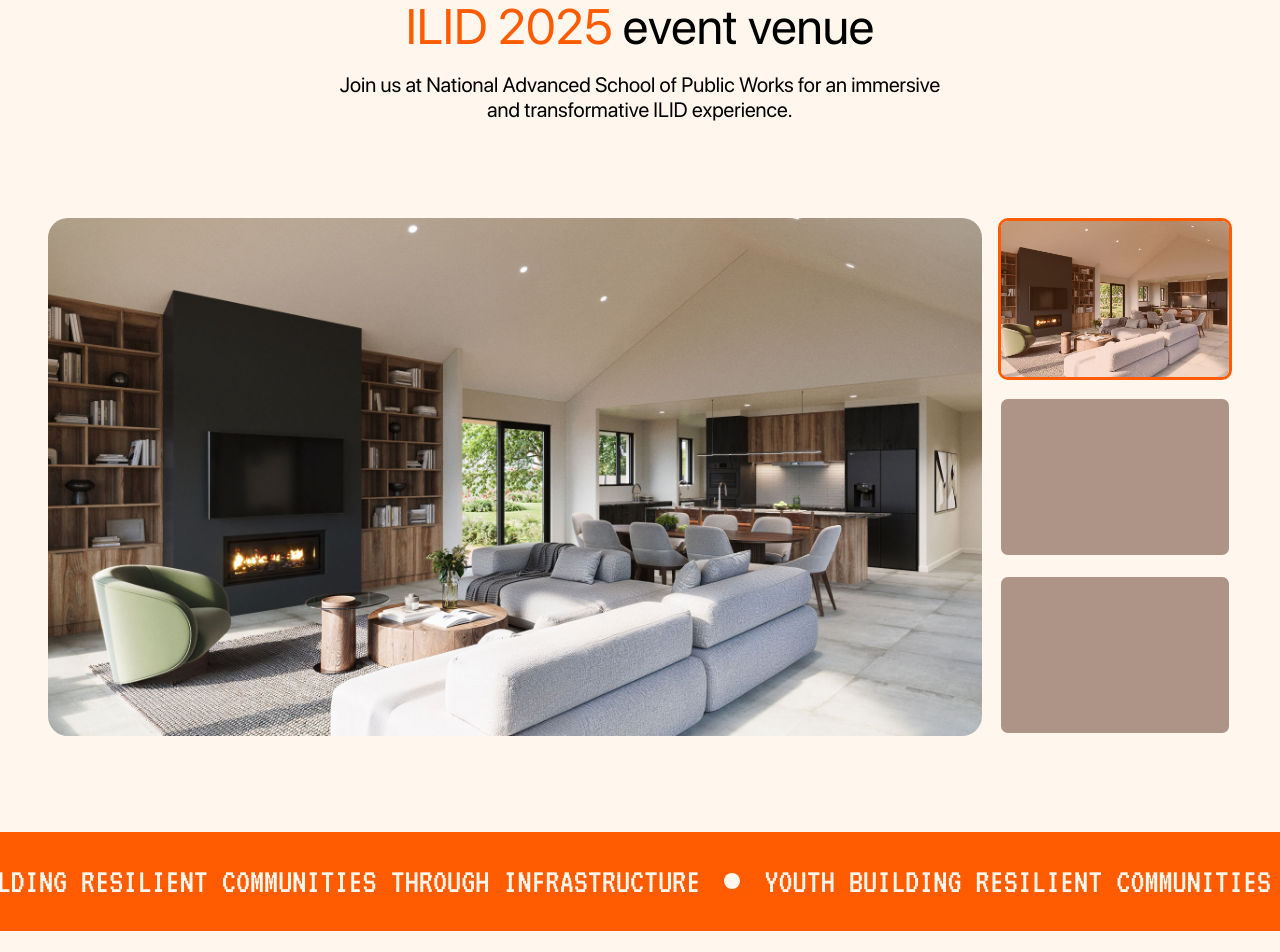
Repository: ilidevent/ilidwebsite
Page: /
These files come from the project's save history. The page is drawn as it stood at one moment and after a run of saves; the edit follows.
The browser window is 1280 px wide. The pictures show the part of the page from y = 4230 to 5182 px (the page is 5209 px tall).
Pictures or frames that could not be fetched are drawn as grey boxes. The project was rebuilt for these pictures with package versions that can differ from the ones it lists, and the page was loaded fresh each time. The framework's server and built-in components were replaced by stand-ins that run in the browser. Also part of the build but not shown: next.config.ts.

Above is the page before, as saved 2025-03-13 21:24:31.

### app/layout.tsx
import type { Metadata } from "next";
import localFont from "next/font/local";
import { Navbar } from "@/components";
import "../styles/globals.scss";

const regular = localFont({
  src: "./fonts/SF-Pro-Display-Regular.ttf",
  variable: "--regular-font"
})

const medium = localFont({
  src: "./fonts/SF-Pro-Display-Medium.ttf",
  variable: "--medium-font"
})

const semibold = localFont({
  src: "./fonts/SF-Pro-Display-Semibold.ttf",
  variable: "--semibold-font"
})

const heavy = localFont({
  src: "./fonts/SF-Pro-Display-Heavy.ttf",
  variable: "--heavy-font"
})

const script = localFont({
  src: "./fonts/VT323-Regular.ttf",
  variable: "--script-font"
})

export const metadata: Metadata = {
  title: "Innovation Lab for Infrastructure Development",
  description: "Generated by create next app",
};

export default function RootLayout({
  children,
}: Readonly<{
  children: React.ReactNode;
}>) {
  return (
    <html lang="en">
      <body className={`${regular.variable} ${medium.variable} ${semibold.variable} ${heavy.variable} ${script.variable}`}>
        <Navbar/>
        {children}
      </body>
    </html>
  );
}

### app/page.tsx
import React from 'react'
import { HomePageWrapper } from '@/components'

const HomePage = () => {
  return (
    <div className='main'>
      <HomePageWrapper/>
    </div>
  )
}

export default HomePage

### components/index.ts
import Navbar from "./Navigation/Navbar";
import HomePageWrapper from "./HomePage/HomePageWrapper";

export {
  Navbar,
  HomePageWrapper
}

### components/Navigation/Navbar.tsx
import React from 'react'
import Image from 'next/image'
import Link from 'next/link'
import LOGO from "../../public/svg/whitelogo.svg"
import Button from '../ReUsables/Button'
import styles from "../../styles/Navigation/navbar.module.scss"

const Navbar = () => {
  const navLinks = [
    {
      name: "Attend",
      link: "/attend"
    },
    {
      name: "Speakers",
      link: "/speakers"
    },
    {
      name: "About",
      link: "/about"
    },
    {
      name: "Agenda",
      link: "/agenda"
    }
  ]

  const buttonOne = {
    name: "Pitch your idea",
    link: "/pitch-contest",
  }

  const buttonTwo = {
    name: "Partner with us",
    link: "/partners",
  }

  return (
    <>
      <header className={styles.nav__header}>
        <div className={`container ${styles.nav__container}`}>
          <div className={styles.nav__logo}>
            <Image fill quality={100} alt='ILID Logo' src={LOGO}/>
          </div>
          <nav className={styles.nav__center}>
            {
              navLinks.map((data, i) => (
                <Link key={i} href={data.link}>{data.name}</Link>
              ))
            }
          </nav>
          <nav className={styles.nav__right}>
            <Button fill={false} buttonInfo={buttonOne}/>
            <Button fill buttonInfo={buttonTwo}/>
          </nav>
        </div>
      </header>
    </>
  )
}

export default Navbar

### components/ReUsables/Button.tsx
import React from "react";
import Link from "next/link";
import styles from "../../styles/ReUsables/button.module.scss";

interface ButtonInfo {
  name: string;
  link: string;
}

const Button = ({
  buttonInfo,
  fill,
}: {
  buttonInfo: ButtonInfo;
  fill: boolean;
}) => {
  return (
    <>
      {fill ? (
        <Link className={styles.button__background} href={buttonInfo.link}>
          {buttonInfo.name}
        </Link>
      ) : (
        <Link className={styles.button__stroke} href={buttonInfo.link}>
          {buttonInfo.name}
        </Link>
      )}
    </>
  );
};

export default Button;

### styles/Navigation/navbar.module.scss
.nav__header {
  width: 100%;
  height: auto;
  padding: 1rem 0;
  position: fixed;
  top: 0;
  left: 0;
  z-index: 100;
}

.nav__container {
  position: relative;
  display: flex;
  justify-content: space-between;
  align-items: center;
}

.nav__logo {
  width: 270px;
  aspect-ratio: 1112.0159/400;
  position: relative;

  img {
    object-fit: cover;
  }
}

.nav__center {
  position: absolute;
  top: 50%;
  left: 50%;
  transform: translate(-50%, -50%);
  display: flex;
  gap: 1.5rem;

  a {
    color: var(--body-color);
    opacity: 1;
    transition: opacity 0.5s ease;

    &:hover {
      opacity: 0.5;
    }
  }
}

.nav__right{
  display: flex;
  gap: 1.5rem
}

### components/ReUsables/ReusableSection.tsx
import React from "react";
import HighlightedText from "./HighlighedText";
import Button from "./Button";
import ButtonTwo from "./ButtonTwo";
import styles from "../../styles/ReUsables/reusablesection.module.scss";

interface ReusableSectionProps {
  header: string;
  keywords?: string[];
  text: string;
  textColor: string;
  backgroundColor: string;
  buttonData?: {
    name: string;
    link: string;
  };
  children: React.ReactNode;
}

const ReusableSection = ({
  header,
  keywords,
  text,
  textColor,
  backgroundColor,
  buttonData,
  children,
}: ReusableSectionProps) => {
  return (
    <section
      className={`section ${styles.rs__section}`}
      style={{ backgroundColor: backgroundColor }}
    >
      <div className={`container ${styles.rs__container}`}>
        <div className={styles.rs__wrapper}>
          <div className={styles.rscontent__header}>
            <HighlightedText
              text={header}
              keywords={keywords}
              color={textColor}
            />
            <p style={{ color: textColor }} className={styles.p__tag}>{text}</p>
          </div>
          <div className={styles.rsmain__content}>{children}</div>
          {buttonData && backgroundColor === "#C24002" ? (
            <Button fill={false} buttonInfo={buttonData} />
          ) : (
            <ButtonTwo buttonInfo={buttonData} />
          )}
        </div>
      </div>
    </section>
  );
};

export default ReusableSection;

### components/ReUsables/PaddingTop.tsx
import React from 'react'
import styles from "../../styles/ReUsables/paddingtop.module.scss"

const PaddingTop = ({backgroundColor} : {backgroundColor: string}) => {
  return (
    <div className={styles.paddingtop} style={{backgroundColor: backgroundColor}}></div>
  )
}

export default PaddingTop

### components/ReUsables/AboutboxWrapper.tsx
import React from "react";
import AboutBox from "./AboutBox";
import { AboutData } from "@/utils";
import styles from "../../styles/ReUsables/aboutboxwrapper.module.scss";

const AboutboxWrapper = () => {
  return (
    <div className={styles.abw__wrapper}>
      {AboutData.map((data, i) => (
        <AboutBox key={i} boxData={data} />
      ))}
    </div>
  );
};

export default AboutboxWrapper;

### components/ReUsables/SpeakerWrapper.tsx
"use client";

import React, { useState } from "react";
import { SpeakerData } from "@/utils";
import SpeakerBox from "./SpeakerBox";
import { AnimatePresence } from "framer-motion";
import styles from "../../styles/ReUsables/aboutboxwrapper.module.scss";

const SpeakerWrapper = () => {
  const [activeButton, setActiveButton] = useState("speaker");

  const sectionData = SpeakerData.filter((item) =>
    item.roles.includes(activeButton)
  );
  return (
    <div className={styles.sb__wrapper}>
      <div className={styles.work__buttons}>
        <div
          className={`${styles.wbuttons} ${
            activeButton === "speaker" ? styles.active__button : ""
          }`}
          onClick={() => setActiveButton("speaker")}
        >
          Speakers
        </div>
        <div
          className={`${styles.wbuttons} ${
            activeButton === "workshop" ? styles.active__button : ""
          }`}
          onClick={() => setActiveButton("workshop")}
        >
          Workshops
        </div>
      </div>
      <div className={styles.sbw__wrapper}>
        <AnimatePresence>
          {sectionData.map((data, i) => (
            <SpeakerBox boxData={data} key={data.id}/>
          ))}
        </AnimatePresence>
      </div>
    </div>
  );
};

export default SpeakerWrapper;

### components/ReUsables/OpportunityWrapper.tsx
import React from 'react'
import OpportunityBox from './OpportunityBox'
import { OpportunityData } from '@/utils'
import styles from "../../styles/ReUsables/aboutboxwrapper.module.scss"

const OpportunityWrapper = () => {
  return (
    <div className={styles.obw__wrapper}>
      {OpportunityData.map((data, i) => (
        <OpportunityBox key={i} boxData={data} />
      ))}
    </div>
  )
}

export default OpportunityWrapper

### styles/ReUsables/button.module.scss
.button__background{
  padding: 0.7rem 1.5rem;
  border-radius: 100px;
  background-color: var(--body-color);
  color: var(--orange);
  border: 1px solid transparent;
  transition: all 0.5s ease;

  &:hover{
    border: 1px solid var(--body-color);
    color: var(--body-color);
    background-color: transparent;
  }
}

.button__stroke{
  padding: 0.7rem 1.5rem;
  border-radius: 100px;
  background-color: transparent;
  color: var(--body-color);
  border: 1px solid var(--body-color);
  transition: all 0.5s ease;

  &:hover{
    border: 1px solid transparent;
    color: var(--orange);
    background-color: var(--body-color);
  }
}

.button__strokeTwo{
  padding: 0.7rem 1.5rem;
  border-radius: 100px;
  background-color: transparent;
  color: var(--orange);
  border: 1px solid var(--orange);
  transition: all 0.5s ease;

  &:hover{
    border: 1px solid transparent;
    color: var(--body-color);
    background-color: var(--orange);
  }
}

### styles/ReUsables/venuebanner.module.scss
.vb__section{
  position: relative;
  width: 100%;
  height: auto;
  padding: 0rem 0 3rem;
}

.vbslider__container{
  width: 100%;
  padding: 2rem 0;
  border-bottom: 1px solid var(--orange);
}

.vb__slider{
  width: max-content;
  position: relative;
  display: flex;
}

.slider__main{
  display: flex;

  .slider__space{
    width: 1rem;
    height: 1rem;
    display: block;
  }
}

.slider__content{
  display: flex;
  gap: 1.5rem;
  align-items: center;
  font-family: var(--script-font);
  font-size: calc(var(--h2-font-size) - 0.3rem);
  color: var(--orange);
}

.first__slide{
  display: flex;
  align-items: center;
  gap: 1.5rem;

  p{
    word-wrap: none;
  }

  .span__button{
    display: block;
    width: 1rem;
    height: 1rem;
    border-radius: 50%;
    background-color: var(--orange);
  }
}

### components/ReUsables/HighlighedText.tsx
import React from 'react'
import styles from "../../styles/ReUsables/highlightedtext.module.scss";

interface HighlightedTextProps {
  text: string;
  // List of words you want to highlight (in lowercase)
  keywords?: string[];
  color: string;
}

const HighlightedText = ({
  text,
  keywords,
  color
}: HighlightedTextProps) => {
  // Split the text into words
  const words = text.split(" ");

  return (
    <p className={styles.large__text}>
      {words.map((word, index) => {
        // Remove punctuation for matching and convert to lowercase.
        const cleanedWord = word.replace(/[.,!?;:()]/g, "");

        if (keywords?.includes(cleanedWord)) {
          return (
            <span key={index} style={{color: "var(--orange)"}}>
              {word}{" "}
            </span>
          );
        } else {
          return (
            <span key={index} style={{color: color}}>
              {word}{" "}
            </span>
          );
        }
      })}
    </p>
  );
};

export default HighlightedText;

### components/ReUsables/ButtonTwo.tsx
import React from "react";
import Link from "next/link";
import styles from "../../styles/ReUsables/button.module.scss";

interface ButtonInfo {
  name: string;
  link: string;
}

const ButtonTwo = ({ buttonInfo }: { buttonInfo?: ButtonInfo }) => {
  if (!buttonInfo) return null; // or handle the undefined case as needed

  return (
    <>
      {buttonInfo && (
        <Link className={styles.button__strokeTwo} href={buttonInfo.link}>
          {buttonInfo.name}
        </Link>
      )}
    </>
  );
};

export default ButtonTwo;

### styles/ReUsables/reusablesection.module.scss
.rs__content{
  width: 100%;
  height: auto;
  position: relative;
}

.rs__container{
  height: max-content;
}

.rs__wrapper{
  width: 100%;
  height: auto;
  display: flex;
  flex-direction: column;
  justify-content: flex-start;
  gap: 6rem;
  align-items: center;
}

.rscontent__header{
  width: 60%;
  display: flex;
  flex-direction: column;
  align-items: center;
  justify-content: flex-start;
  gap: 1rem;

  .p__tag{
    text-align: center;
    width: 85%;
    font-size: calc(var(--normal-font-size) + 0.2rem);
  }
}

.rsmain__content{
  width: 100%;
  height: auto;
}

### styles/ReUsables/sloganbanner.module.scss
.sl__section{
  position: relative;
  width: 100%;
  height: auto;
  padding: 0rem 0 3rem;
}

.slslider__container{
  width: 100%;
  padding: 2rem 0;
  background-color: var(--orange);
}

.sl__slider{
  width: max-content;
  position: relative;
  display: flex;
}

.slider__main{
  display: flex;

  .slider__space{
    width: 1rem;
    height: 1rem;
    display: block;
  }
}

.slider__content{
  display: flex;
  gap: 1.5rem;
  align-items: center;
  font-family: var(--script-font);
  font-size: calc(var(--h2-font-size) - 0.3rem);
  color: var(--body-color);
}

.first__slide{
  display: flex;
  align-items: center;
  gap: 1.5rem;

  p{
    word-wrap: none;
  }

  .span__button{
    display: block;
    width: 1rem;
    height: 1rem;
    border-radius: 50%;
    background-color: var(--body-color);
  }
}

### styles/ReUsables/paddingtop.module.scss
.paddingtop{
  padding-top: 1.5rem;
}

### components/ReUsables/AboutBox.tsx
import React from "react";
import { StaticImageData } from "next/image";
import Image from "next/image";
import styles from "../../styles/ReUsables/aboutbox.module.scss";

interface BoxProps {
  image: StaticImageData;
  aspectRatio: string;
  name: string;
  text: string;
}

const AboutBox = ({ boxData }: { boxData: BoxProps }) => {
  return (
    <div className={styles.abox__wrapper}>
      <div className={styles.aboutbox}>
        <div className={styles.aboutboxer}>
          <div
            className={styles.aboutb__image}
            style={{ aspectRatio: boxData.aspectRatio }}
          >
            <Image fill quality={100} alt={boxData.name} src={boxData.image} />
          </div>
          <div className={styles.about__content}>
            <span>{boxData.name}</span>
            <p>{boxData.text}</p>
          </div>
        </div>
      </div>
      <div className={styles.animation}></div>
      <div className={styles.animationtwo}></div>
    </div>
  );
};

export default AboutBox;

### styles/ReUsables/aboutboxwrapper.module.scss
.abw__wrapper {
  width: 100%;
  height: auto;
  display: grid;
  grid-template-columns: repeat(3, 1fr);
  column-gap: 20px;
}

.obw__wrapper {
  width: 100%;
  height: auto;
  display: grid;
  grid-template-columns: repeat(3, 1fr);
}

.sb__wrapper {
  width: 100%;
  height: auto;
  display: flex;
  flex-direction: column;
  align-items: center;
  justify-content: flex-start;
  gap: 2rem;

  .sbw__wrapper {
    width: 100%;
    height: auto;
    display: grid;
    grid-template-columns: repeat(4, 1fr);
  }

  .work__buttons {
    width: max-content;
    padding: 0.4rem;
    border: 1px solid var(--body-color);
    display: flex;
    gap: 0.4rem;
    border-radius: 70px;

    .wbuttons {
      padding: 0.7rem 1.5rem;
      border: 1px solid transparent;
      border-radius: 70px;
      color: rgb(255, 246, 237, 0.5);
      cursor: pointer;
      transition: all 0.7s ease;

      &.active__button{
        border: 1px solid var(--body-color);
        color: var(--body-color);
      }
    }
  }
}

### components/ReUsables/SpeakerBox.tsx
import React from "react";
import Image from "next/image";
import { motion } from "framer-motion";
import { speakerAnimation } from "@/animations";
import { StaticImageData } from "next/image";
import styles from "../../styles/ReUsables/speaker.module.scss";

interface SpeakerProps{
  id: number;
  image: StaticImageData;
  name: string;
  position: string;
  roles: string[];
}


const SpeakerBox = ({boxData}: {boxData: SpeakerProps}) => {
  return (
    <motion.div variants={speakerAnimation} initial="initial" animate="enter" exit="closed" className={styles.speaker__box}>
      <div className={styles.speaker__image}>
        <Image fill quality={100} alt={boxData.name} src={boxData.image} />
      </div>
      <div className={styles.sbackground}>
        <div className={styles.sback__content}>
          <p>{boxData.name}</p>
          <span>{boxData.position}</span>
        </div>
      </div>
    </motion.div>
  );
};

export default SpeakerBox;

### components/ReUsables/OpportunityBox.tsx
import React from "react";
import Image from "next/image";
import { StaticImageData } from "next/image";
import Link from "next/link";
import styles from "../../styles/ReUsables/opportunitybox.module.scss";

interface BoxContentProps{
  heading: string;
  text: string;
  image: StaticImageData;
  linkData?: {
    name: string;
    link: string;
  }
}


const OpportunityBox = ({boxData}: {boxData: BoxContentProps}) => {
  return (
    <div className={styles.obox__wrapper}>
      <div className={styles.ob__content}>
        <span>{boxData.heading}</span>
        <p>
          {boxData.text}
        </p>
      </div>
      <div className={styles.obimage__wrapper}>
        <div className={styles.ob__image}>
          <Image fill quality={100} alt={boxData.heading} src={boxData.image} />
        </div>
        <div className={styles.overlay}></div>
        {boxData.linkData && <Link href="/speakers" className={styles.button__fill}>Become a speaker</Link>}
      </div>
    </div>
  );
};

export default OpportunityBox;

### styles/ReUsables/venuewrapper.module.scss
.venue__wrapper{
  width: 100%;
  aspect-ratio: 16/7;
  position: relative;
  display: flex;
  justify-content: space-between;
  align-items: flex-start;
  gap: 16px;
}

.venue__main{
  width: 80%;
  height: 100%;
  position: relative;
  overflow: hidden;
  border-radius: 20px;
}

.venueimage{
  width: 100%;
  height: 100%;
  position: absolute;
  top: 0;
  left: 0;
  opacity: 0;
  transition: opacity 0.7s ease;

  &.active__image{
    opacity: 1;
  }

  img{
    object-fit: cover;
  }
}

.venue__right{
  width: 20%;
  height: 100%;
  display: grid;
  grid-template-rows: repeat(3, 1fr);
  gap: 16px;
  position: relative;
}

.ivenue__wrapper{
  width: 100%;
  height: 100%;
  border-radius: 10px;
  position: relative;
  overflow: hidden;
  cursor: pointer;
  border: 3px solid transparent;
  transition: border 0.7s ease;

  &.active__image{
    border: 3px solid var(--orange);
  }

  .venue__overlay{
    width: 100%;
    height: 100%;
    position: absolute;
    z-index: 1;
    top: 0;
    left: 0;
    background-color: rgba(255, 91, 0, 0.15);
  }
}

.venueimagetwo{
  width: 100%;
  height: 100%;
  position: relative;

  img{
    object-fit: cover;
  }
}

### styles/ReUsables/highlightedtext.module.scss
.large__text{
  font-size: calc(var(--h2-font-size) + 0.6rem);
}

### animations/index.ts
export const speakerAnimation = {
  initial: { opacity: 0 },

  enter: {
    opacity: 1,
    transition: { duration: 0.7, ease: [0.7, 0, 0.3, 1] },
  },

  closed: {
    opacity: 0,
    transition: { duration: 0.7, ease: [0.3, 0, 0.7, 0] },
  },
};

### styles/ReUsables/speaker.module.scss
.speaker__box{
  width: 100%;
  border: 1px solid var(--body-color);
  aspect-ratio: 413/510;
  position: relative;
  opacity: 0;
}

.speaker__image{
  width: 100%;
  height: 100%;
  position: relative;

  img{
    object-fit: cover;
  }
}

.sbackground{
  width: 100%;
  height: 100%;
  position: absolute;
  top: 0;
  left: 0;
  z-index: 1;
  padding: 1.2rem;
  background: linear-gradient(180deg, rgba(255, 255, 255, 0.00) 45%, rgba(255, 91, 0, 0.80) 100%);
  display: flex;
  flex-direction: column;
  opacity: 0;
  transition: opacity 0.7s ease;

  &:hover{
    opacity: 1;
  }
}

.sback__content{
  margin-top: auto;
  display: flex;
  flex-direction: column;
  gap: 0.05rem;
  color: var(--body-color);

  p{
    font-size: calc(var(--normal-font-size) + 0.5rem);
  }

  span{
    font-size: var(--small-font-size);
  }
}

### styles/ReUsables/opportunitybox.module.scss
.obox__wrapper{
  width: 100%;
  aspect-ratio: 550/700;
  position: relative;
  padding: 2.5rem 1.5rem 0rem;
  display: flex;
  flex-direction: column;
  justify-content: flex-start;
  align-items: flex-start;
  border: 1px solid var(--orange);
}

.ob__content{
  display: flex;
  flex-direction: column;
  width: 80%;
  height: auto;
  gap: 1rem;

  span{
    font-size: var(--h2-font-size);
    line-height: 1.1;
  }

  p{
    color: var(--text-color-light);
    width: 100%;
  }
}

.obimage__wrapper{
  width: 100%;
  height: 60%;
  position: absolute;
  bottom: 0;
  left: 0;
  overflow: hidden;
  border-top-left-radius: 20px;
  border-top-right-radius: 20px;
}

.ob__image{
  position: relative;
  width: 100%;
  height: 100%;

  img{
    object-fit: cover;
  }
}

.overlay{
  width: 100%;
  height: 100%;
  position: absolute;
  top: 0;
  left: 0;
  z-index: 1;
  background-color: rgba(255, 91, 0, 0.15);
}

.button__fill{
  padding: 0.6rem 1.3rem;
  border-radius: 100px;
  background-color: var(--orange);
  color: var(--body-color);
  border: 1px solid transparent;
  transition: all 0.5s ease;
  position: absolute;
  bottom: 1.5rem;
  left: 1.5rem;
  z-index: 2;
  font-size: var(--small-font-size);

  &:hover{
    border: 1px solid var(--body-color);
    background-color: transparent;
  }
}

Loaded but not shown: components/HomePage/HomePageWrapper.tsx (134 lines, source omitted); components/ReUsables/VenueBanner.tsx (90 lines, source omitted); components/ReUsables/SloganBanner.tsx (86 lines, source omitted); utils/index.ts (121 lines, source omitted); styles/globals.scss (167 lines, source omitted); styles/ReUsables/aboutbox.module.scss (113 lines, source omitted); components/ReUsables/VenueWrapper.tsx (64 lines, source omitted); components/ReUsables/HeroSection.tsx (70 lines, source omitted); styles/ReUsables/herosection.module.scss (94 lines, source omitted)

After the next 2 saves:
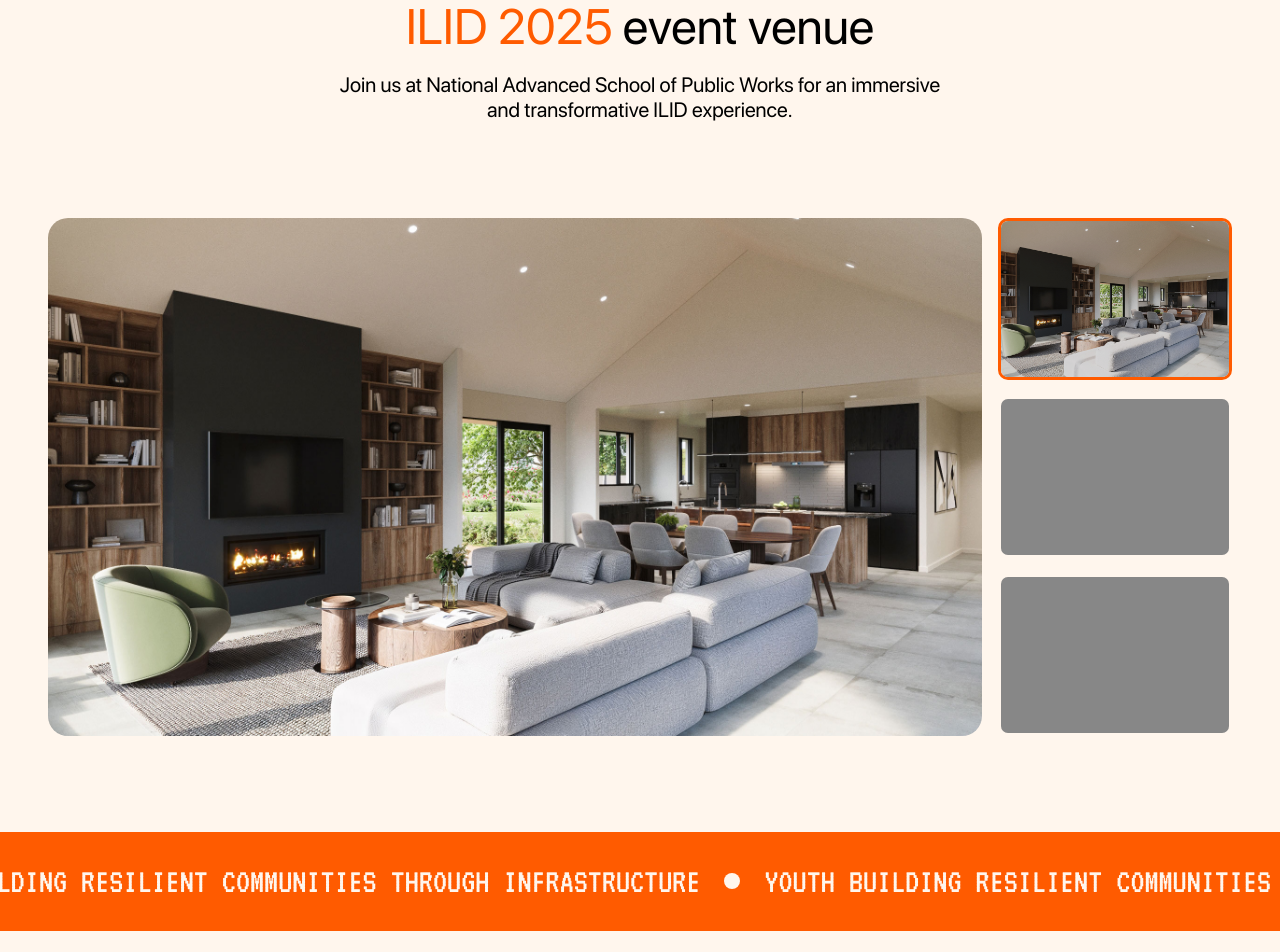
The 2 saves are shown as one change because they came seconds apart.
The last was saved 19 s later.
--- a/styles/ReUsables/venuewrapper.module.scss
+++ b/styles/ReUsables/venuewrapper.module.scss
@@ -64,7 +64,7 @@
     z-index: 1;
     top: 0;
     left: 0;
-    background-color: rgba(255, 91, 0, 0.15);
+    background-color: rgba(0, 0, 0, 0.15);
   }
 }
 
